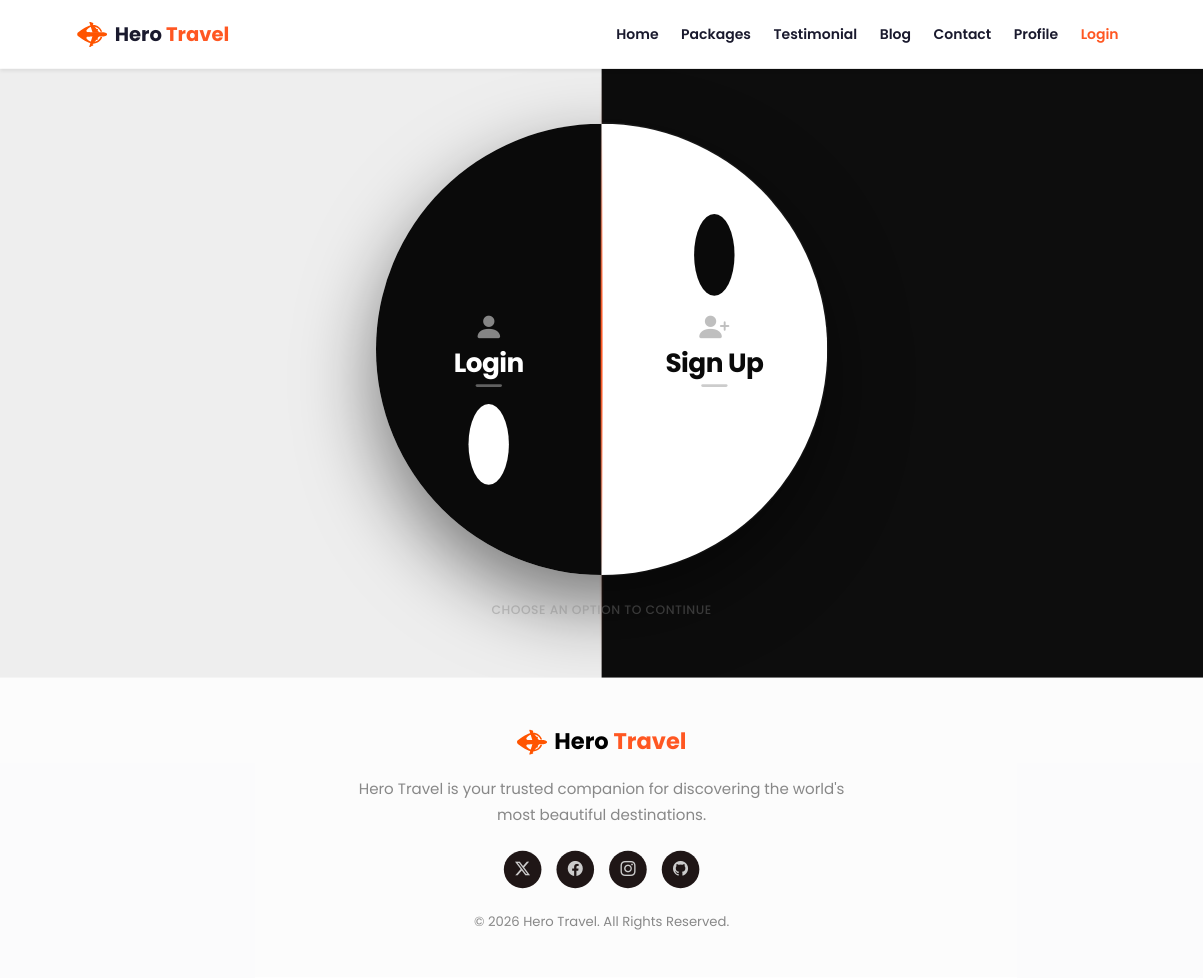
Repository: raziamin90/travelsite2
Page: auth.html
The author's editor kept a copy of each file at every save. The page is drawn from the files as they stood at one save, then again after the next save.
The browser window is 1280 px wide. The pictures show the whole page, at 94% of full size.

Above is the page before, as saved 2026-04-20 01:39:14.

After the next save:
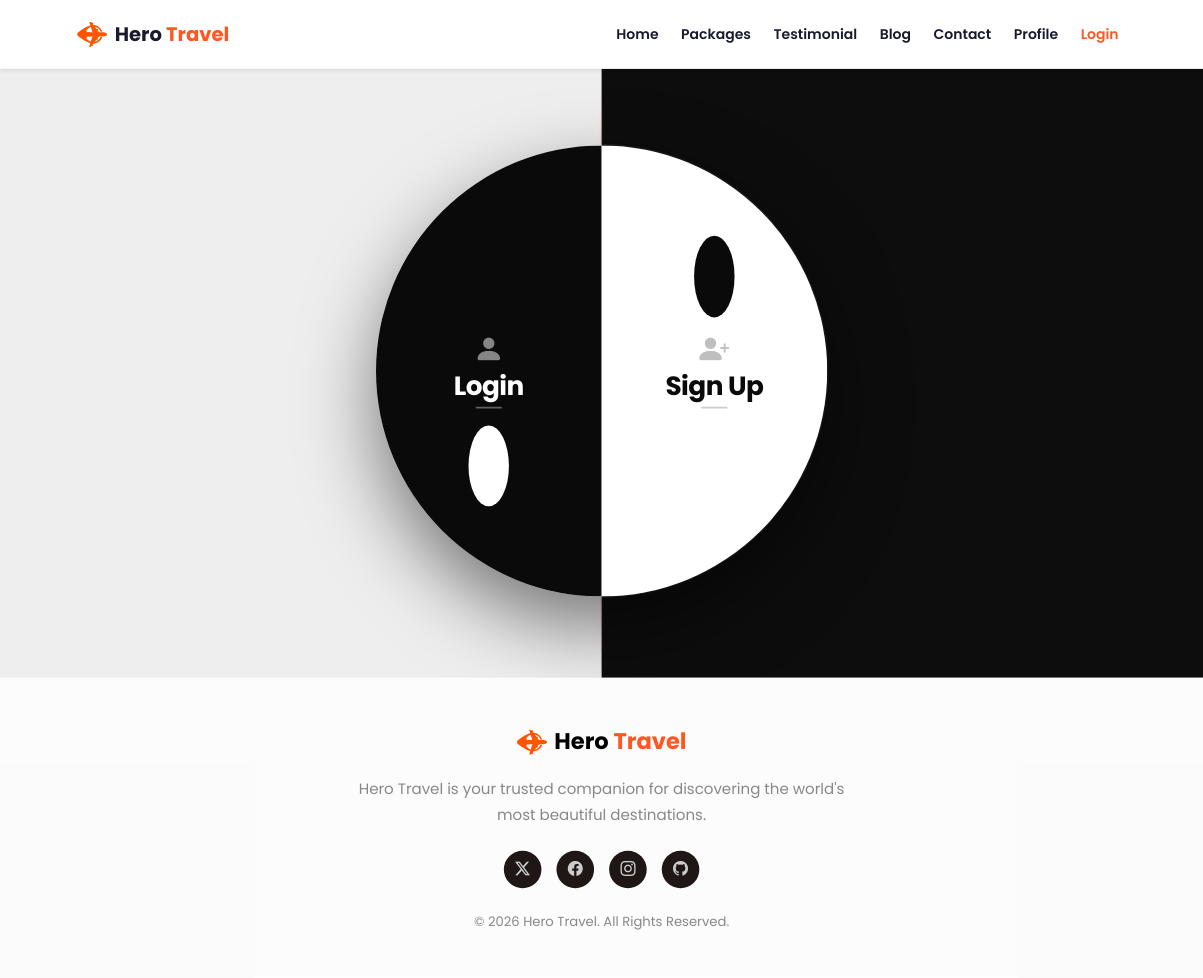
Saved 3 days later.
--- a/auth.html
+++ b/auth.html
@@ -95,13 +95,7 @@
             <!-- Small yin-yang dot -->
             <div class="auth-yy-dot auth-yy-dot-dark"></div>
           </div>
-
-          <!-- Vertical divider with glow -->
-          <div class="auth-circle-divider"></div>
-        </div>
-
-        <!-- Floating hint text below circle -->
-        <p class="auth-circle-hint" id="circleHint">Choose an option to continue</p>
+        </div>
       </div>
     </div>
 
